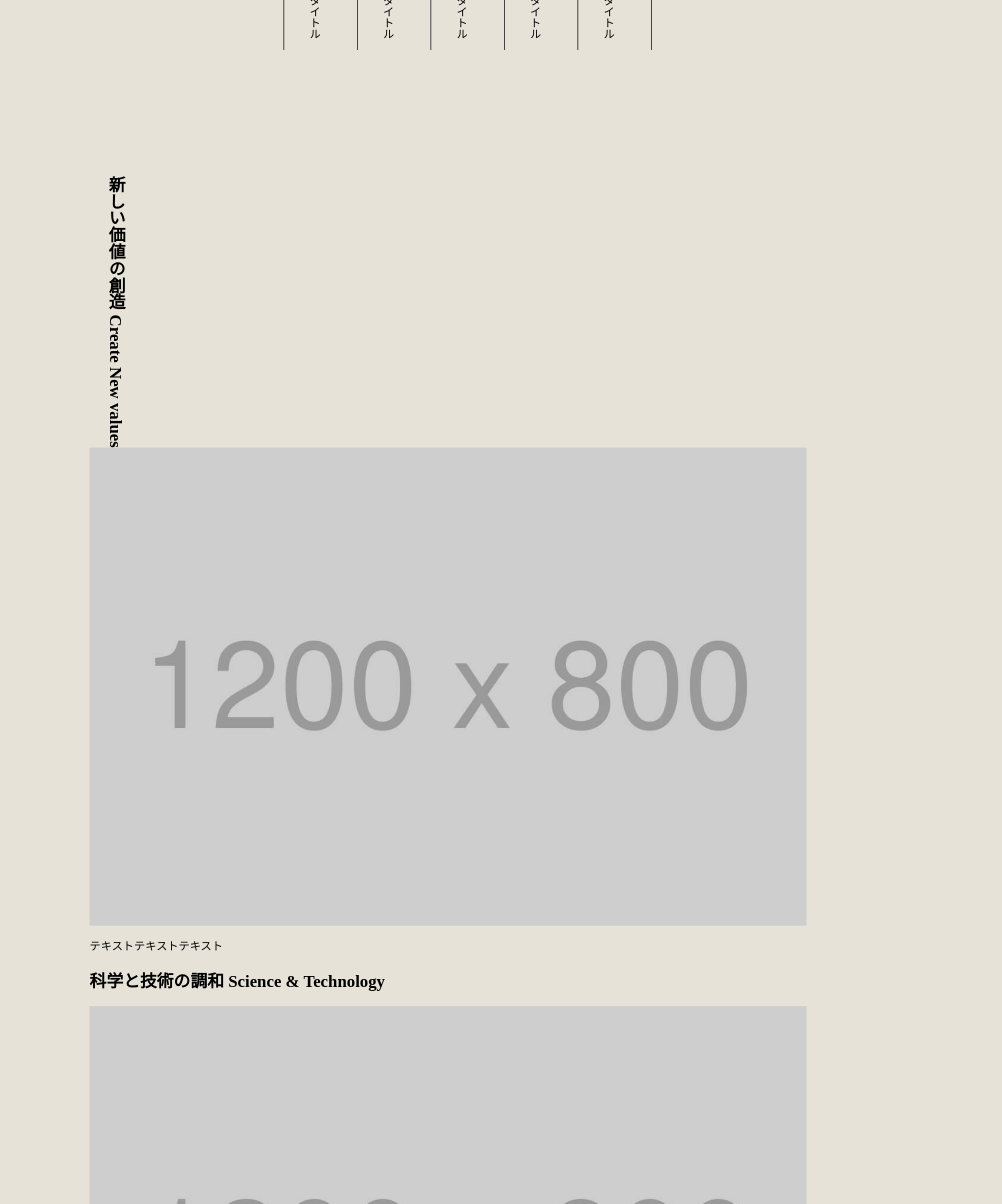
Repository: Fuki-san/wagashi
Page: http://localhost/wagashi
An editor plug-in stored every save of this project. The page is shown before and after the next save, followed by the edit.
The browser window is 1280 px wide. The page is 1432 px wide, so the pictures cover 1432 px, including what lies to the right of the window. The pictures show the part of the page from y = 1299 to 3019 px (the page is 4318 px tall before and 4275 px after), at 70% of full size.
The page is served by the project's Laravel application, run on PHP 8.4 with Laravel 10. Other server files are loaded and not shown.

Above is the page before, as saved 2023-12-09 16:37:16.

### routes/web.php
<?php

use Illuminate\Support\Facades\Route;
use Spatie\FlareClient\View;

/*
|--------------------------------------------------------------------------
| Web Routes
|--------------------------------------------------------------------------
|
| Here is where you can register web routes for your application. These
| routes are loaded by the RouteServiceProvider and all of them will
| be assigned to the "web" middleware group. Make something great!
|
*/

Route::get('/', function () {
    return view('welcome');
});

Route::get('wagashi', function() {
    return View('wagashi');
})->name('wagashi');

### resources/views/wagashi.blade.php
@extends('layouts.main')

@section('title', 'wagashi')

@section('content')
    <header id="header">
        <h1 class="site-title"><a href="#"><img src="img/logo.svg" alt=""></a></h1>
        <nav id="nav">
            <ul>
                <li><a href="#news">お知らせ</a></li>
                <li><a href="#products1">商品のご紹介</a></li>
                <li><a href="#shop">店舗のご案内</a></li>
            </ul>
        </nav>

        <div class="onlinestore">
            <a href="#" target="_blank" rel="noopener noreferrer">オンラインストアで見る</a>
        </div>
    </header>

    <main>
        <section id="news" class="wrapper">
                <h2 class="sec-title">
                    <span class="en">News</span>
                    <span class="ja">お知らせ</span>
                </h2>
                <dl class="list">
                    <dt>2021.01.01</dt>
                    <dd>タイトルタイトルタイトル</dd>
                    <dt>2021.01.01</dt>
                    <dd>タイトルタイトルタイトル</dd>
                    <dt>2021.01.01</dt>
                    <dd>タイトルタイトルタイトル</dd>
                    <dt>2021.01.01</dt>
                    <dd>タイトルタイトルタイトル</dd>
                    <dt>2021.01.01</dt>
                    <dd>タイトルタイトルタイトル</dd>
                </dl>
        </section>

        <section id="products1" class="wrapper products">
                <h2 class="sec-title">
                    <span class="ja">新しい価値の創造</span>
                    <span class="en">Create New values</span>
                </h2>
                <div class="img">
                    <img src="img/products1.jpg" alt="">
                    <p class="text">テキストテキストテキスト</p>
                </div>
        </section>

        <section id="products2" class="wrapper products">
                <h2 class="sec-title">
                    <span class="ja">科学と技術の調和</span>
                    <span class="en">Science & Technology</span>
                </h2>
                <div class="img">
                    <img src="img/products2.jpg" alt="">
                    <p class="text">テキストテキストテキスト</p>
                </div>
        </section>

        <div id="shop">
            <iframe
                src="https://www.google.com/maps/embed?pb=!1m18!1m12!1m3!1d3239.6566078781802!2d139.80812547512744!3d35.710067028390604!2m3!1f0!2f0!3f0!3m2!1i1024!2i768!4f13.1!3m3!1m2!1s0x60188ed0d12f9adf%3A0x7d1d4fb31f43f72a!2z5p2x5Lqs44K544Kr44Kk44OE44Oq44O8!5e0!3m2!1sja!2sjp!4v1702090119178!5m2!1sja!2sjp"
                width="600" height="450" style="border:0;" allowfullscreen="" loading="lazy"
                referrerpolicy="no-referrer-when-downgrade" width="100%"></iframe>
        </div>
    </main>

    <footer id="footer">
        <div class="flex">
            <div class="left">
                <p><a href="#">オンラインストアで見る</a> | <a href="#">お問い合わせ</a></p>
            </div>
            <div class="right">
                <div class="logo"><img src="img/logo.svg" alt=""></div>
                <p class="info">
                    〒06-0032...<br>
                    電話: <a href="tel:03///"></a></p>
                <ul class="menu">
                    <li><a href="#news">お知らせ</a></li>
                    <li><a href="#products1">商品のご紹介</a></li>
                    <li><a href="#shop">店舗のご案内</a></li>
                </ul>
            </div>
        </div>
        <p class="cpright">&copy; SOUSAKU</p>
    </footer>
@endsection

### resources/views/layouts/main.blade.php
<!DOCTYPE html>
<html lang="ja">
<head>
    <meta charset="UTF-8">
    <meta name="viewport" content="width=device-width, initial-scale=1.0">
    <meta http-equiv="X-UA-Compatible" content="ie=edge">
    <link rel="stylesheet" href="{{ asset('css/reset.css') }}">
    <link rel="stylesheet" href="{{ asset('css/style.css') }}">
    <link rel="icon" href="img/favicon.ico">
    <title>@yield('title')</title>
</head>
<body>
    @yield('content')
</body>
</html>

### public/css/style.css
@charset "UTF-8";
html{
    font-size: 100%;
}
body{
    color: #000;
    font-family: 'Noto serif JP', serif;
    background-color: #e6e2d7;
}
img{
    max-width: 100%;
    vertical-align: bottom;
}
a{
    text-decoration: none;
    color: #fff;
}
li{
    list-style: none;
}

.site-title a{
    display: block;
}

.site-title{
    line-height: 1px;
    margin-left: 60px;
}

.site-title img{
    width: 40px;
}
.wrapper{
    width: 100%;
    max-width: 1024px;
    margin: 0 auto;
    padding: 0 20px;
}
/* headerr */

#header{
    height: 100vh;
    width: 100%;
    background-image: url(../img/mainvisual-pc.jpg);
    background-position: top center;
    background-size: cover;
    background-repeat: no-repeat;
    margin-bottom: 180px;
    padding: 60px 80px;

    position: relative;

    writing-mode: vertical-rl;
    -ms-writing-mode: vertical-rl;
    -moz-writing-mode: vertical-rl;
    -webkit-writing-mode: vertical-rl;
}
#header .onlinestore{
    position: absolute;
    bottom: 30px;
    left: 40px;
    background-color: rgba(255, 255, 255, 0.2);
    padding: 8px;
}
.onlinestore a{
    display: block;
    border: 1px solid #ccc;
    padding: 30px 18px;
}
#header a:hover{
    opacity: 0.7;
}
#header #nav li{
    margin-left: 25px;
}

/* newsss */

#news{
    margin-bottom: 180px;
    display: flex;
    flex-direction: row-reverse;
}
#news .sec-title{
    writing-mode: vertical-rl;
    -moz-writing-mode: vertical-rl;
    -webkit-writng-mode: vertical-rl;
    -ms-wrinting-mode: tb-rl;

    font-weight: normal;
    line-height: 1;
    /* margin-left: 50px; */
}
#news .sec-title .en{
    display: block;
    font-size: 0.875rem;
    margin-left: 15px;
}
#news .sec-title .ja{
    display: block;
    font-size: 2.25rem;
    letter-spacing: 0.1em;
}
#news .list{
    writing-mode: vertical-rl;
    -moz-writing-mode: vertical-rl;
    -webkit-writng-mode: vertical-rl;
    -ms-wrinting-mode: tb-rl;
    padding: 80px 100px 0 0;
}
#news .list dt{
    border-right: solid 1px #000;
    font-size: 0.75rem;
    padding: 15px 30px 15px 5px;
}
#news .list dd{
    padding: 15px 0 15px 30px;
}

#news .list dd:last-child{
    border-left: solid 1px #000;
}

/* produ */
#products{
    display: flex;
    margin-bottom: 180px;
}
#products .sec-title{

    line-height: 1px;
    font-weight: normal;
    margin-left: 30px;
}
#products .ja{
    font-size: 2.25rem;
    letter-spacing: 0.1em;
}
#products .en{
    font-size: 0.875rem;
}
#products .img{
    width: 600px;
    padding-top: 110px;

    position: relative;
}

#products .img .text{
    background-color: rgba(255, 255, 0, 0.5);
    padding: 20px;
    position: absolute;
    bottom: -15px;
    left: -15px;

    color: #fff;
}

#products1{
    flex-direction: row-reverse;
}
#products1 .sec-title{
    writing-mode: vertical-rl;
    -moz-writing-mode: vertical-rl;
    -webkit-writng-mode: vertical-rl;
    -ms-wrinting-mode: tb-rl;

}

### public/img/logo.svg
<?xml version="1.0" encoding="utf-8"?>
<!-- Generator: Adobe Illustrator 15.1.0, SVG Export Plug-In . SVG Version: 6.00 Build 0)  -->
<!DOCTYPE svg PUBLIC "-//W3C//DTD SVG 1.1//EN" "http://www.w3.org/Graphics/SVG/1.1/DTD/svg11.dtd">
<svg version="1.1" id="レイヤー_1" xmlns="http://www.w3.org/2000/svg" xmlns:xlink="http://www.w3.org/1999/xlink" x="0px"
	 y="0px" width="57.4775391px" height="131.578125px" viewBox="0 0 57.4775391 131.578125"
	 style="enable-background:new 0 0 57.4775391 131.578125;" xml:space="preserve">
<style type="text/css">
<![CDATA[
	.st0{fill:#FFFFFF;}
]]>
</style>
<g>
	<path class="st0" d="M28.3789063,35.8789063l6.5400391,4.859375c-0.3603516,0.4804688-1.2001953,1.0800781-2.3398438,1.2607422
		v12.0595703c-0.0605469,0.359375-3.4199219,1.5-5.5195313,1.5h-1.0800781v-3.6601563H15.2998047v2.6992188
		c0,0.4208984-1.9199219,1.8007813-5.1601563,1.8007813H9.0595703v-10.5
		c-1.7392578,3.2402344-4.2597656,6.2998047-7.9189453,8.8798828l-0.6005859-0.6005859c5.5205078-8.21875,6-18.4785156,6-26.7587891
		v-9.1191406c-1.9199219,1.3798828-3.9599609,2.5800781-6.0595703,3.6591797L0,21.4199219
		C6.1796875,15.6601563,11.3994141,6.4199219,13.5,0l9.7197266,1.9804688
		c-0.2402344,0.7197266-0.7802734,1.0800781-2.3398438,1.3193359c20.5185547,3.7207031,13.3789063,15.9599609,7.9189453,11.8798828
		c-0.9599609-3.4199219-4.0195313-7.9794922-8.5195313-11.2792969c-2.0400391,3.1796875-4.7392578,6.5390625-7.9794922,9.6591797
		H19.5l2.9990234-3.8398438c0,0,3.4804688,2.6396484,5.5800781,4.5595703
		c-0.1796875,0.6601563-0.7802734,0.9609375-1.6201172,0.9609375H11.7001953l-0.2402344-0.9003906
		c-1.1396484,1.0195313-2.3398438,2.0400391-3.5400391,2.9394531l6,2.2207031h10.9189453l3.0605469-3.3603516L34.4384766,21
		c-0.359375,0.4794922-1.2597656,1.0195313-2.4599609,1.3193359v11.9394531
		c-0.0595703,0.3603516-3.359375,1.5605469-5.4589844,1.5605469h-1.0800781v-1.8007813H12.5400391
		C12.4199219,35.21875,12.2402344,36.4189453,12,37.6787109l4.0800781,1.5595703h9.2988281L28.3789063,35.8789063z
		 M25.4394531,32.3388672v-4.6796875H12.8994141c0,1.4404297-0.0595703,3-0.1796875,4.6796875H25.4394531z M12.8994141,21.1796875
		v4.7998047h12.5400391v-4.7998047H12.8994141z M25.9794922,50.1582031v-9.2392578H15.2998047v9.2392578H25.9794922z
		 M43.2587891,41.7587891c0,0.6601563-2.6396484,1.859375-4.9199219,1.859375h-1.1396484V5.2197266L45.2988281,6
		c-0.1201172,0.7802734-0.6005859,1.3203125-2.0400391,1.5605469V41.7587891z M56.7578125,2.1005859
		C56.578125,3,55.9785156,3.6005859,54.5380859,3.7802734v44.8183594c0,4.6796875-0.9599609,7.3193359-8.4599609,8.0390625
		c-0.1796875-2.0996094-0.4794922-3.6591797-1.3798828-4.7392578c-0.9599609-1.0205078-2.2197266-1.7998047-5.0996094-2.2197266
		v-0.8408203c0,0,5.9394531,0.3603516,7.2001953,0.3603516c0.9599609,0,1.2597656-0.2998047,1.2597656-1.0800781V1.2001953
		L56.7578125,2.1005859z"/>
	<path class="st0" d="M17.4599609,94.0800781c-0.1806641,0.5390625-0.7207031,0.9589844-1.8603516,1.1992188v34.2587891
		c-0.1201172,0.5400391-3,2.0400391-5.7597656,2.0400391H8.5195313v-31.3789063
		c-2.3994141,2.7597656-4.9794922,5.1601563-7.7392578,7.2001953l-0.7197266-0.5400391
		c5.3398438-7.5,10.9189453-19.6796875,13.9189453-31.6787109l9.5400391,3.1796875
		c-0.2998047,0.7802734-1.0800781,1.2597656-2.4003906,1.2001953c-2.0400391,4.859375-4.3798828,9.2988281-6.9589844,13.3193359
		L17.4599609,94.0800781z M39.9589844,89.7597656v11.0996094h4.7998047l3.6591797-4.7998047
		c0,0,4.140625,3.2998047,6.7197266,5.5800781c-0.1796875,0.6591797-0.8398438,0.9599609-1.6796875,0.9599609H39.9589844v11.3388672
		h5.1591797l4.0205078-5.2197266c0,0,4.4394531,3.5400391,7.1992188,5.9404297
		c-0.1796875,0.6591797-0.8398438,0.9599609-1.7402344,0.9599609H39.9589844v14.0390625
		c0,0.4199219-2.2207031,1.859375-5.9404297,1.859375h-1.3193359V89.7597656h-1.4404297
		c-3.8994141,5.8798828-8.3994141,10.6796875-13.4394531,14.2792969l-0.6601563-0.4794922
		c4.6201172-6.7802734,9.6601563-17.6992188,12.3603516-28.3193359l9.6591797,3.4199219
		c-0.2998047,0.7802734-1.0800781,1.2597656-2.4599609,1.1396484c-1.3798828,2.9404297-2.8203125,5.7597656-4.4394531,8.3398438
		h14.0996094l3.9589844-5.1591797c0,0,4.4404297,3.4794922,7.1396484,5.8193359
		c-0.1796875,0.6601563-0.8398438,0.9599609-1.6796875,0.9599609H39.9589844z"/>
</g>
</svg>

After the next save:
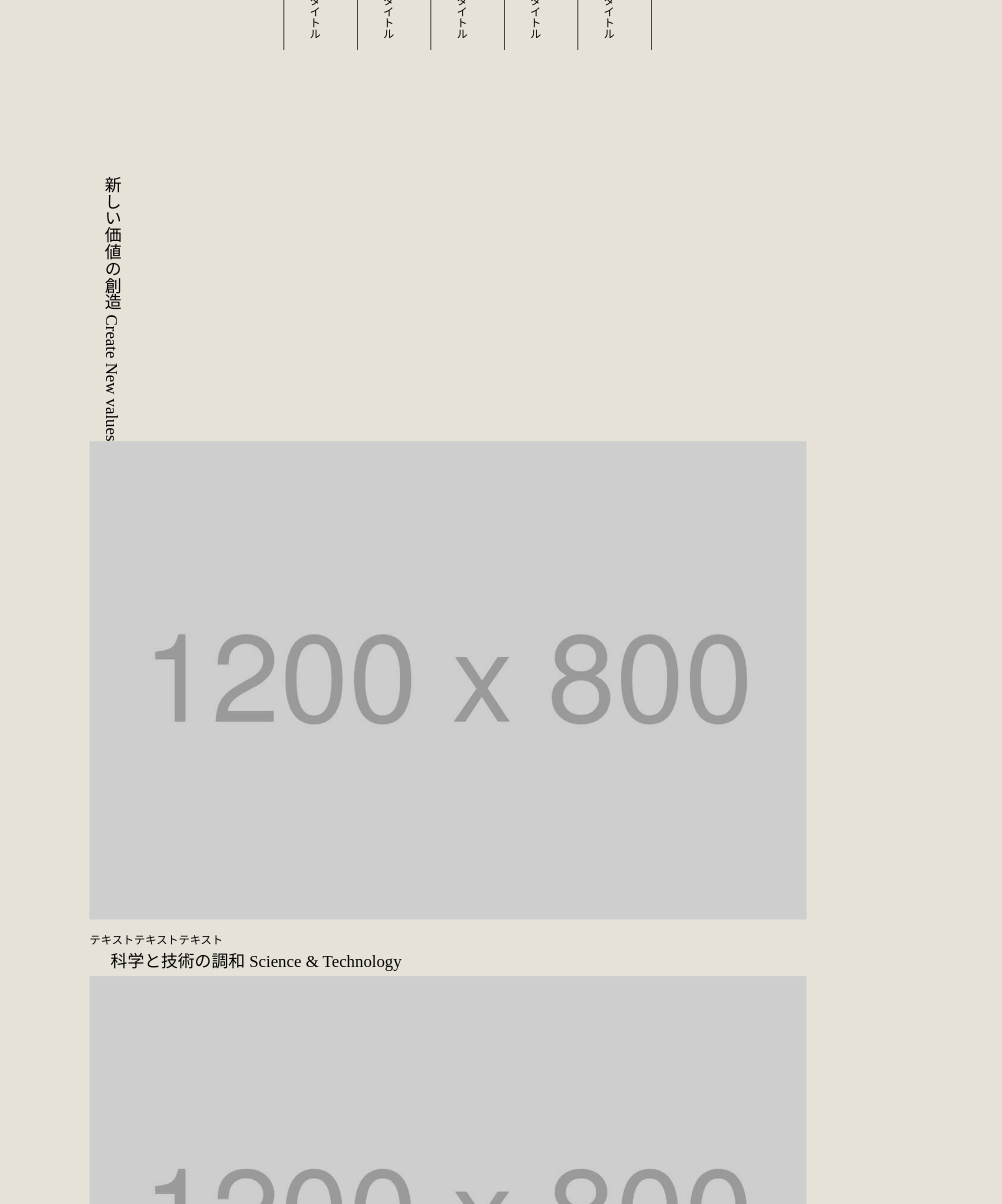
Saved 103 s later.
--- a/public/css/style.css
+++ b/public/css/style.css
@@ -127,7 +127,7 @@ li{
     display: flex;
     margin-bottom: 180px;
 }
-#products .sec-title{
+.products .sec-title{
 
     line-height: 1px;
     font-weight: normal;
